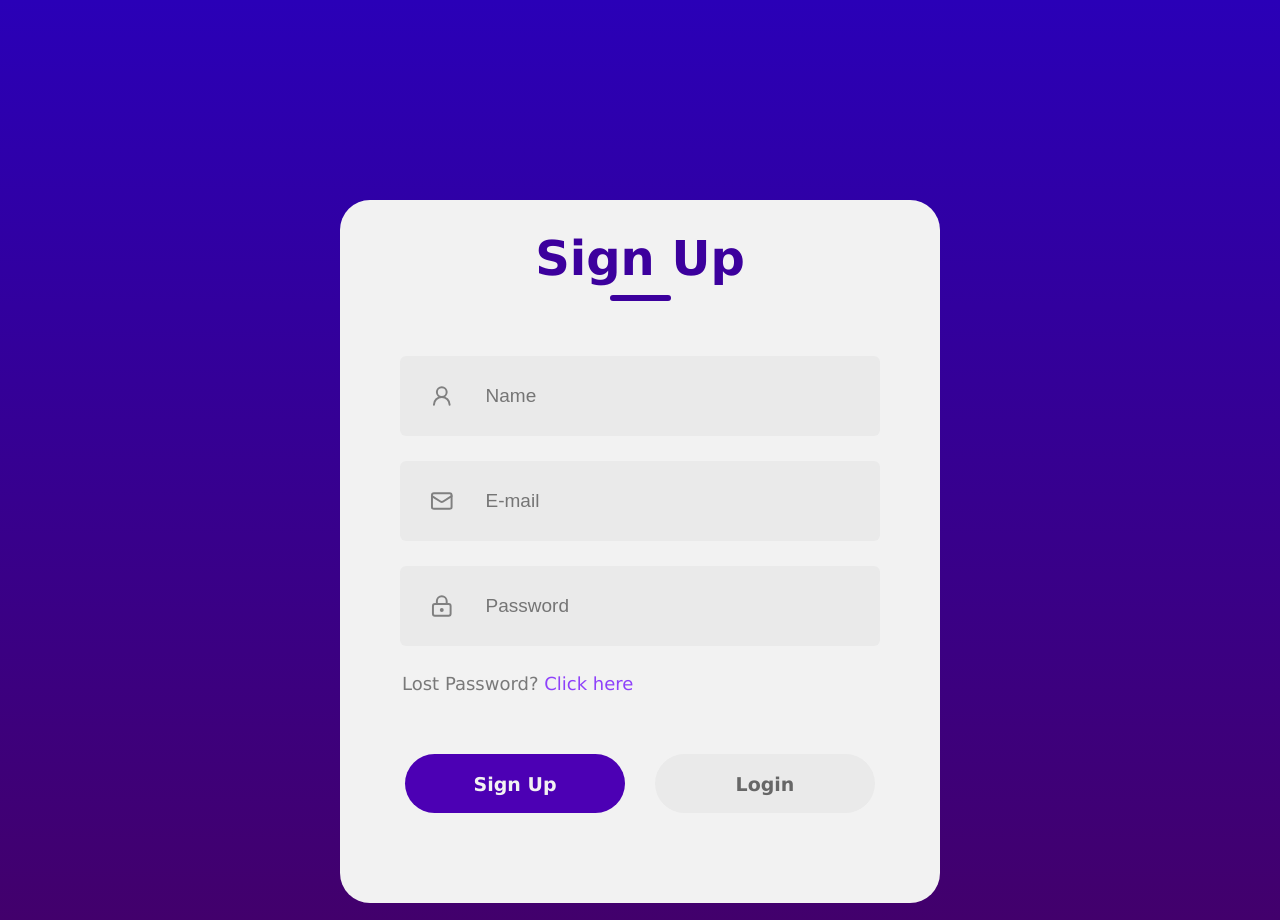
Repository: guilhermecardoso93/login-page
Page: /
These files come from the project's save history. The page is drawn as it stood at one moment and after the next save; the edit follows.
The browser window is 1280 px wide. The pictures show the whole page.
The project was rebuilt for these pictures with package versions that can differ from the ones it lists, and the page was loaded fresh each time. Also part of the build but not shown: vite.config.js.

Above is the page before, as saved 2024-10-22 19:41:46.

### index.html
<!doctype html>
<html lang="en">
  <head>
    <meta charset="UTF-8" />
    <link rel="icon" type="image/svg+xml" href="" />
    <meta name="viewport" content="width=device-width, initial-scale=1.0" />
    <title>Login | SignUp</title>
  </head>
  <body>
    <div id="root"></div>
    <script type="module" src="/src/main.jsx"></script>
  </body>
</html>

### src/App.jsx
import { Login } from "./components/Login/Login";

export default function App() {
  return (
    <>
      <Login />
    </>
  );
}

### src/index.css
body {
  margin: 0;
  font-family: 'Lucida Sans', 'Lucida Sans Regular', 'Lucida Grande', 'Lucida Sans Unicode', Geneva, Verdana, sans-serif;
  -webkit-font-smoothing: antialiased;
  -moz-osx-font-smoothing: grayscale;
  height: 100vh;
  background: linear-gradient(#2A00B7, #42006c);
}

code {
  font-family: source-code-pro, Menlo, Monaco, Consolas, "Courier New", monospace;
}

### src/components/Login/Login.jsx
import { UserRound, Mail, LockKeyhole } from "lucide-react";
import "./Login.css";
import { useState } from "react";

export const Login = () => {
  const [action, setAction] = useState("Sign Up");

  return (
    <div className="container">
      <header>
        <span>{action}</span>
        <div className="underline"></div>
      </header>{" "}
      <div className="inputs">
        <div className="input">
          <UserRound color="gray" size={24} className="icon" />
          <input type="text" placeholder="Name" />
        </div>

        <div className="input">
          <Mail color="gray" size={24} className="icon" />
          <input type="email" placeholder="E-mail" />
        </div>

        <div className="input">
          <LockKeyhole color="gray" size={24} className="icon" />
          <input type="password" placeholder="Password" />
        </div>
      </div>
      <div className="forgot-password">
        Lost Password? <span>Click here</span>
      </div>
      <div className="submit-container">
        <div className={action === "Login" ? "submit gray" : "submit"}>
          Sign Up
        </div>
        <div className={action === "Sign Up" ? "submit gray" : "submit"}>
          Login
        </div>
      </div>
    </div>
  );
};

### src/components/Login/Login.css
.container {
  display: flex;
  flex-direction: column;
  margin: auto;
  margin-top: 200px;
  width: 600px;
  padding-bottom: 30px;
  border-radius: 30px;
  background: #f2f2f2;
}

header {
  display: flex;
  flex-direction: column;
  align-items: center;
  gap: 9px;
  width: 100%;
  margin-top: 30px;
}

header span {
  color: #3c009d;
  font-size: 48px;
  font-weight: 700;
}

.underline {
  width: 61px;
  height: 6px;
  background-color: #3c009d;
  border-radius: 9px;
}

.inputs {
  margin-top: 55px;
  display: flex;
  flex-direction: column;
  gap: 25px;
}

.input {
  display: flex;
  align-items: center;
  justify-content: center;
  margin: auto;
  width: 480px;
  height: 80px;
  background-color: #eaeaea;
  border-radius: 6px;
}

.input .icon {
  margin: 0px 30px;
}

.input input {
  height: 50px;
  width: 400px;
  background: transparent;
  border: none;
  outline: none;
  color: #797979;
  font-size: 19px;
}

.forgot-password {
  padding-left: 62px;
  margin-top: 27px;
  color: #797979;
  font-size: 18px;
}

.forgot-password span {
  color: #8e41fa;
  cursor: pointer;
}

.forgot-password span:hover {
  color: #3c009d;
}

.submit-container {
  display: flex;
  gap: 30px;
  margin: 60px auto;
}

.submit, .login {
  display: flex;
  justify-content: center;
  align-items: center;
  width: 220px;
  height: 59px;
  color: #f2f2f2;
  background-color: #4c00b4;
  border-radius: 50px;
  font-size: 19px;
  font-weight: 700;
  cursor: pointer;
}


.gray {
  background-color: #eaeaea;
  color: #676767;
}

.submit:hover, .login:hover {
  background-color: #8e41fa;
  color: #f2f2f2;
}

Loaded but not shown: src/main.jsx (common file)

After the next save:
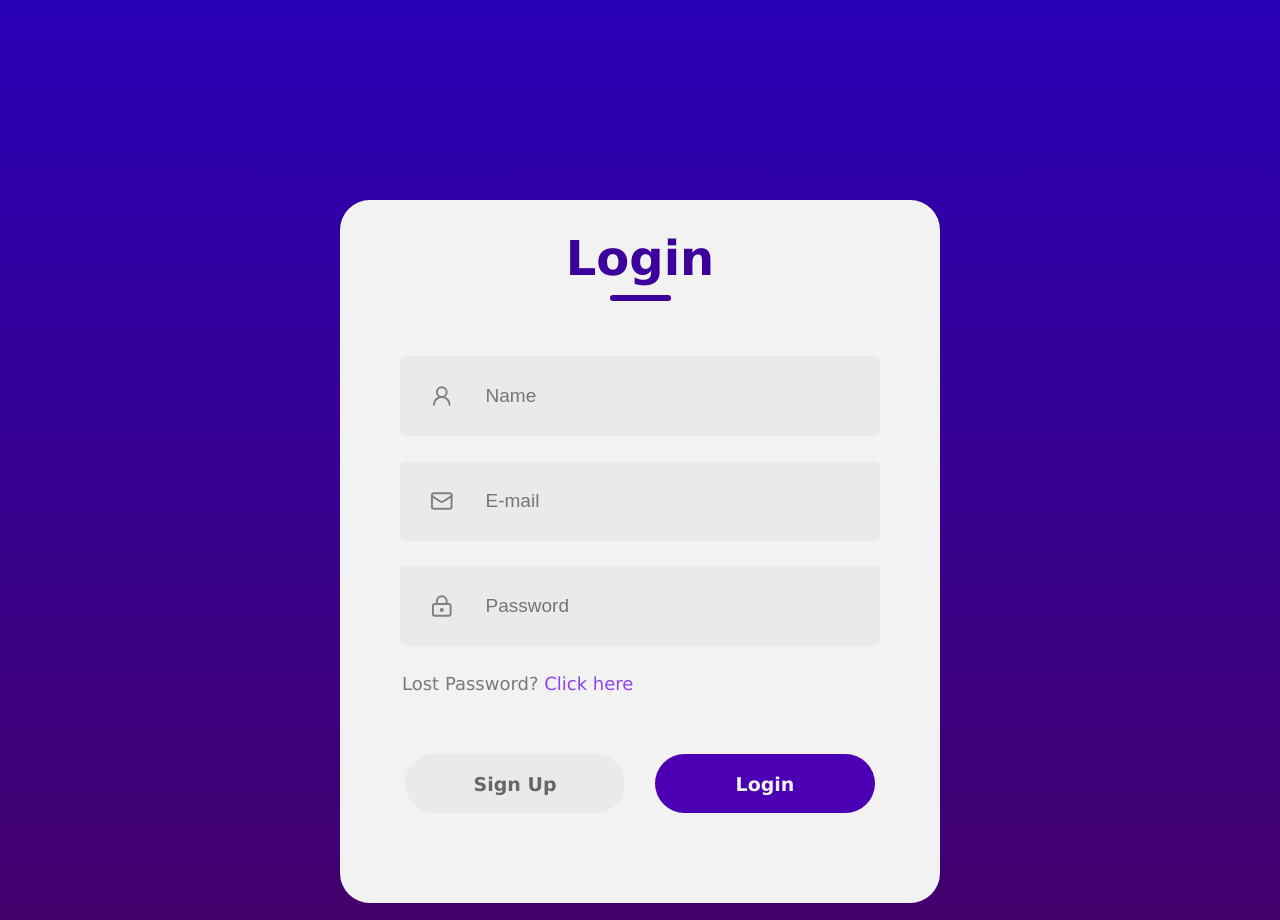
Saved 33 s later.
--- a/src/components/Login/Login.jsx
+++ b/src/components/Login/Login.jsx
@@ -3,7 +3,7 @@ import "./Login.css";
 import { useState } from "react";
 
 export const Login = () => {
-  const [action, setAction] = useState("Sign Up");
+  const [action, setAction] = useState("Login");
 
   return (
     <div className="container">
